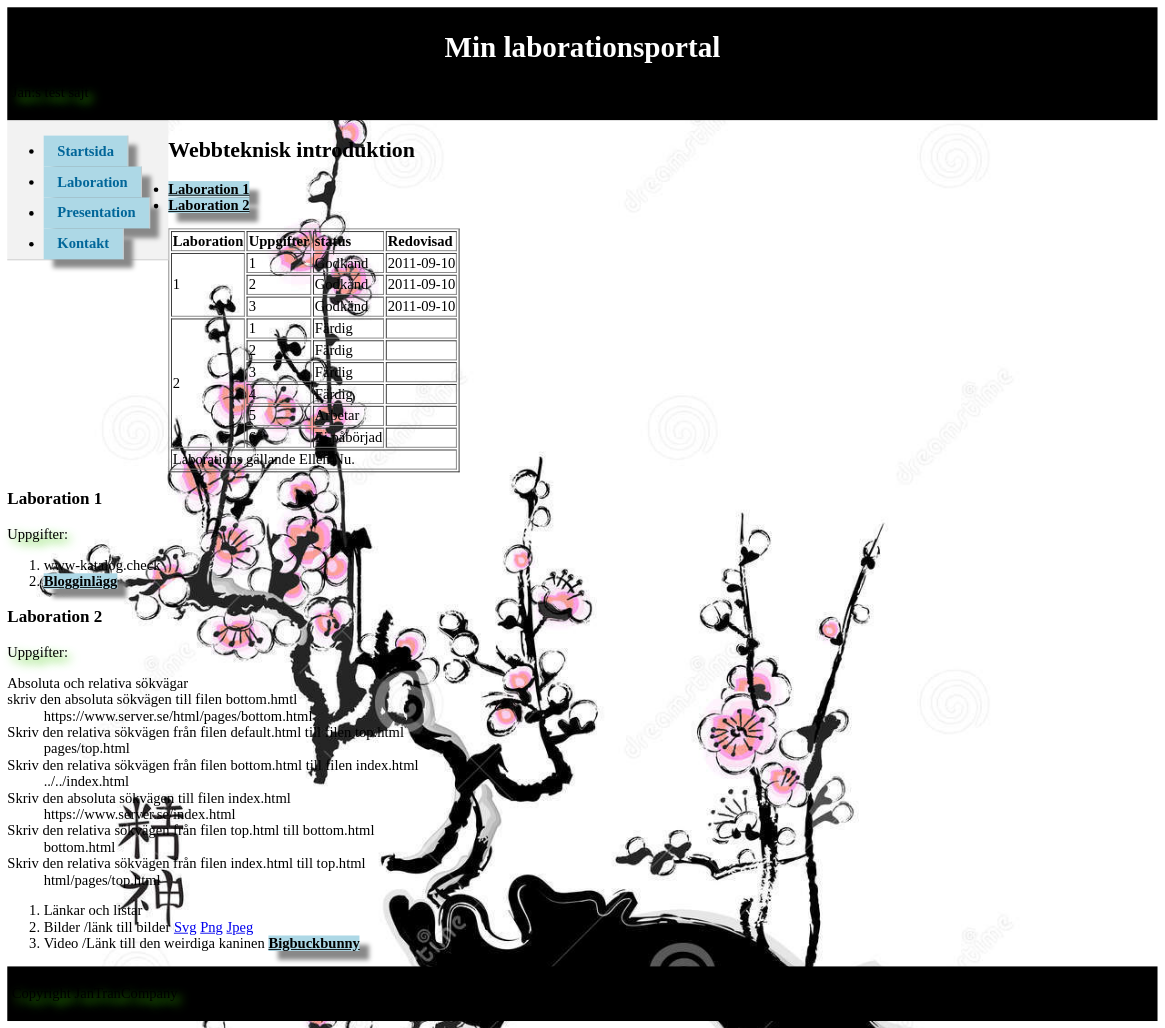
Repository: jt222ic/1ik415-jt222ic-lab-1
Page: pages/laboration.html
The author's editor kept a record of every edit. The page is drawn from the files as they stood at one moment, then again after the next edit.
The browser window is 1280 px wide. The pictures show the whole page, at 91% of full size.

Above is the page before.

After the next edit:
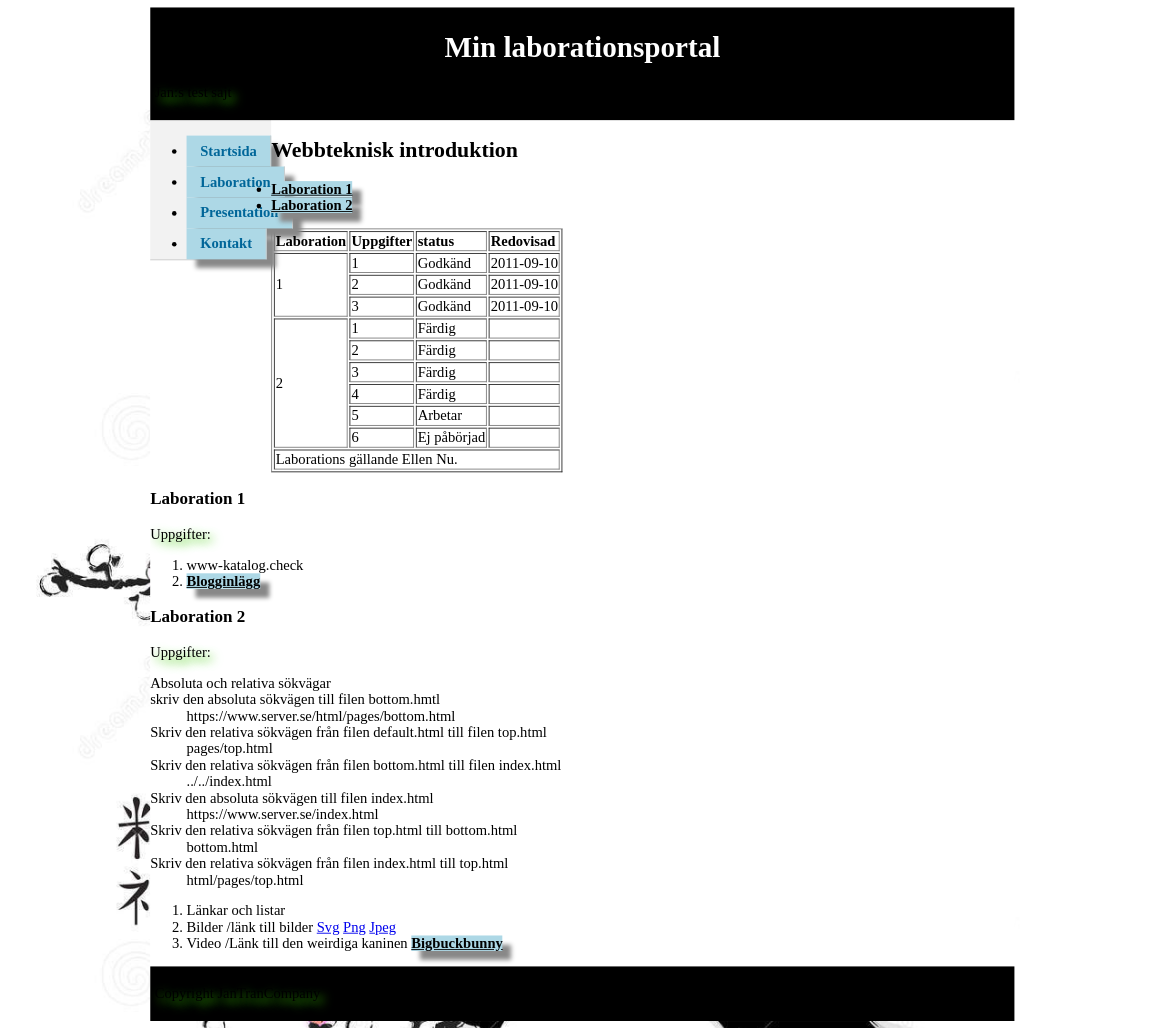
The edit:
--- a/pages/laboration.html
+++ b/pages/laboration.html
@@ -7,6 +7,7 @@
 
     </head>
     <body>
+<div id="container">
 
 
     <div id="header">

After the 2 edits that followed:
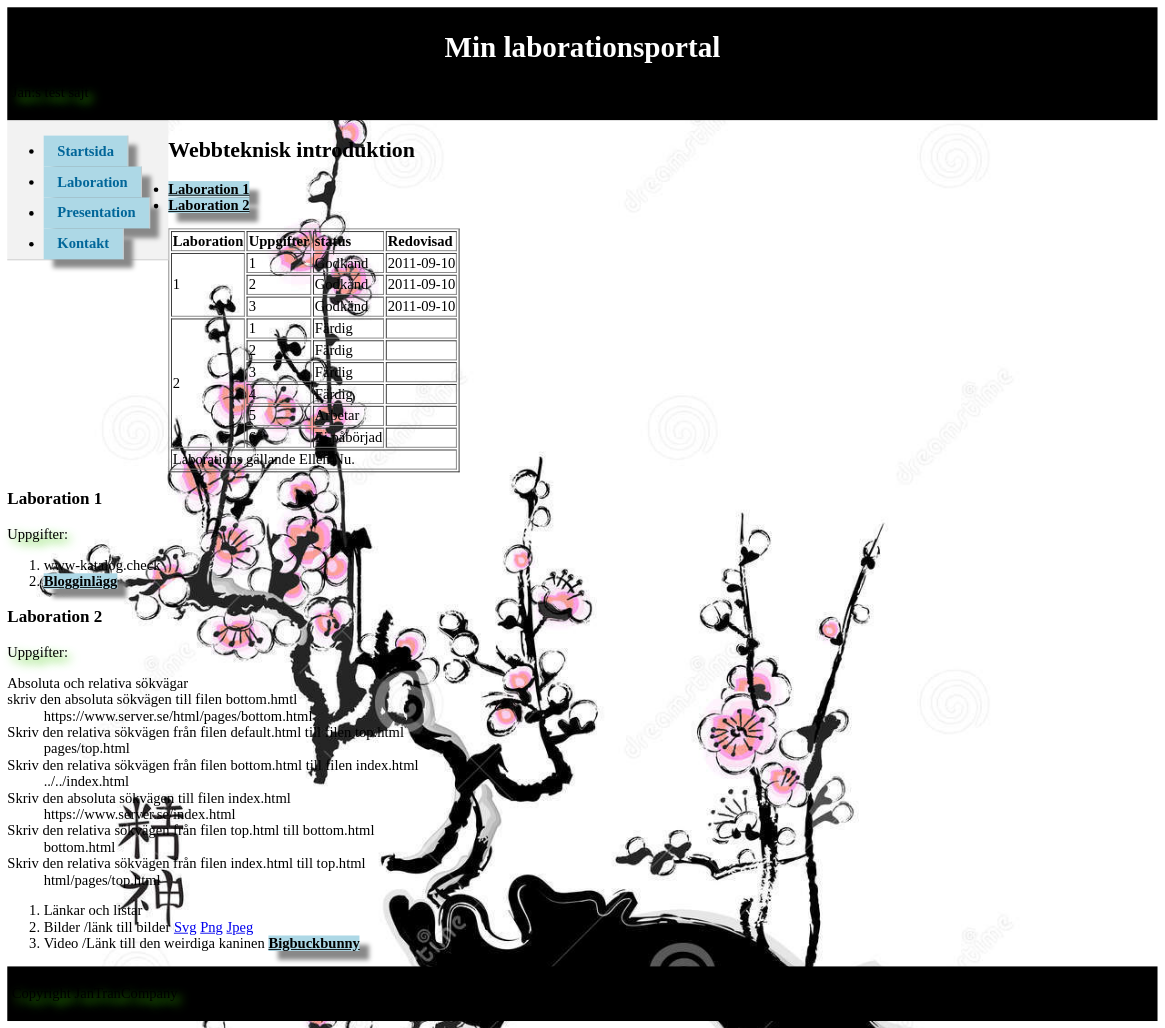
The 2 edits are shown as one change because 1 left the picture as it was.
The edit:
--- a/pages/laboration.html
+++ b/pages/laboration.html
@@ -7,7 +7,7 @@
 
     </head>
     <body>
-<div id="container">
+
 
 
     <div id="header">
@@ -188,6 +188,6 @@
 <div id="footer">
 <p>Copyright JanTranCompany</p>
 </div>
-
+</div>
     </body>
 </html>
